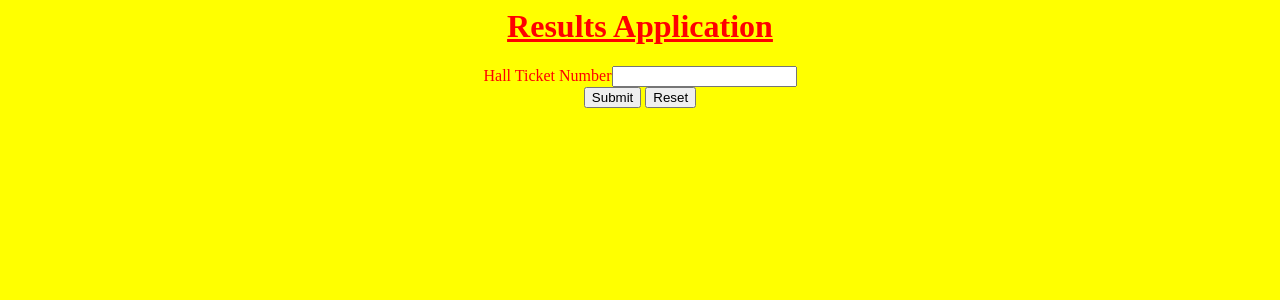
Repository: venugopalakrishnamylavarapu/Naresh-It-Full-Stack-java-Developer
Page: Advanced Java/Coding/Results(MVC)/src/main/webapp/results.html
An editor plug-in stored every save of this project. The page is shown before and after the next save, followed by the edit.
The browser window is 1280 px wide. The pictures show the whole page.

Above is the page before, as saved 2023-03-24 14:52:50.

After the next save:
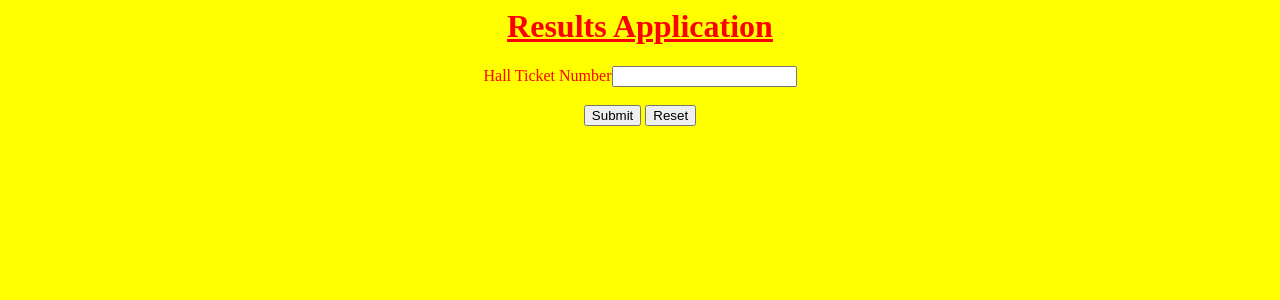
Saved 11 s later.
--- a/Advanced Java/Coding/Results(MVC)/src/main/webapp/results.html
+++ b/Advanced Java/Coding/Results(MVC)/src/main/webapp/results.html
@@ -3,7 +3,7 @@
 <center>
 <h1><u>Results Application</u></h1>
 <form action=results>
-Hall Ticket Number<input type=text name=hno><br>
+Hall Ticket Number<input type=text name=hno><br><br>
 <input type=submit>&nbsp;<input type=reset>
 </form>
 </center>
